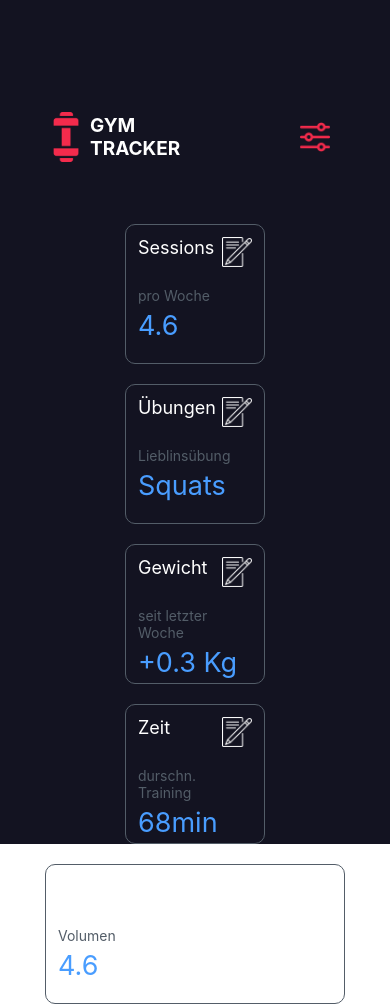
Repository: pascalgrim/GymTracker
Screen: /
An editor plug-in stored every save of this project. The screen is shown before and after the next save, followed by the edit.
The app was drawn by React Native's web renderer in a window 390 px wide. The project was rebuilt for these pictures with package versions that can differ from the ones it lists, and the page was loaded fresh each time.

Above is the screen before, as saved 2021-11-04 20:42:01.

After the next save:
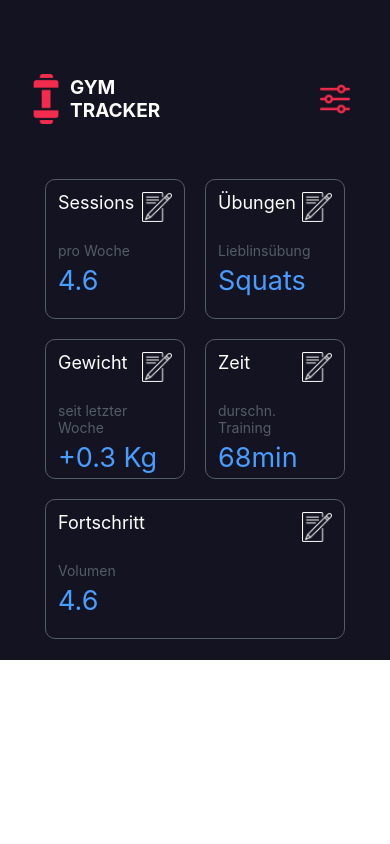
Saved 67 s later.
--- a/App.js
+++ b/App.js
@@ -21,7 +21,7 @@
 
 export default function App() {
   return (
-    <View style={styles.container}>
+    <View >
       <Dashboard/>
 
       <StatusBar style="auto" />

After the save that followed:
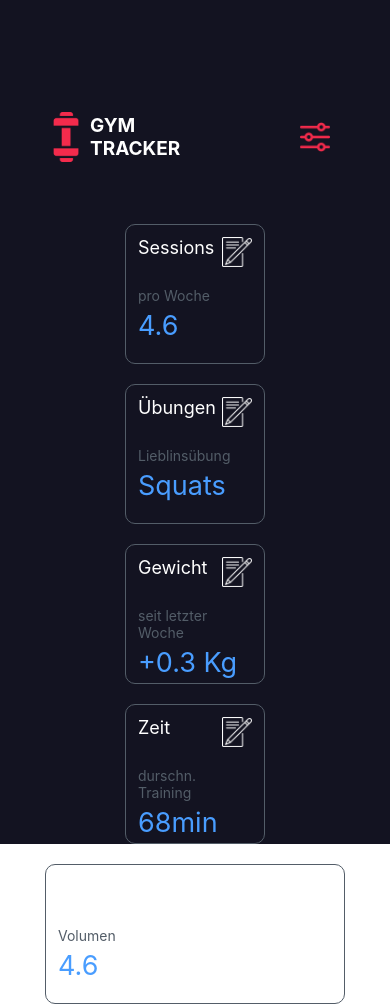
Saved 4 s later.
--- a/App.js
+++ b/App.js
@@ -21,7 +21,7 @@
 
 export default function App() {
   return (
-    <View >
+    <View style={styles.container}>
       <Dashboard/>
 
       <StatusBar style="auto" />
